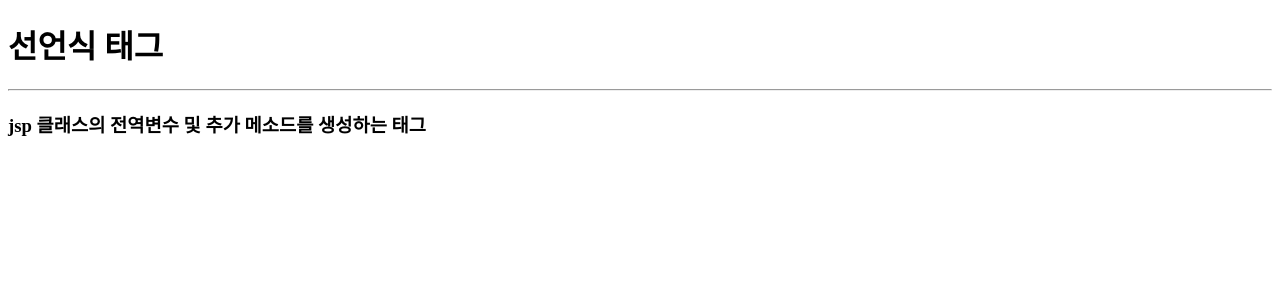
Repository: beescuit9510/toyProjects
Page: http://localhost/04_jspProject/jsp/declation.jsp
The author's editor kept a copy of each file at every save. The page is drawn from the files as they stood at one save, then again after the next save.
The browser window is 1280 px wide. The pictures show the whole page.
The page is served by Tomcat 9.

Above is the page before, as saved 2021-09-30 05:00:37.

### web-server-workplace/04_jspProject/src/main/webapp/jsp/declation.jsp
<%@ page language="java" contentType="text/html; charset=UTF-8"
    pageEncoding="UTF-8"%>
   	<%!
   		private int count = 10;
	   	public String test(){
	   		return "테스트 메소드 입니다";
	   	}
	   	public int getCount(){
	   		return this.count;
	   	}
   	%>
<!DOCTYPE html>
<html>
<head>
<meta charset="UTF-8">
<title>Insert title here</title>
</head>
<body>
	<h1>선언식 태그</h1>
	<hr>
	<h3>jsp 클래스의 전역변수 및 추가 메소드를 생성하는 태그</h3>
</body>
</html>

After the next save:
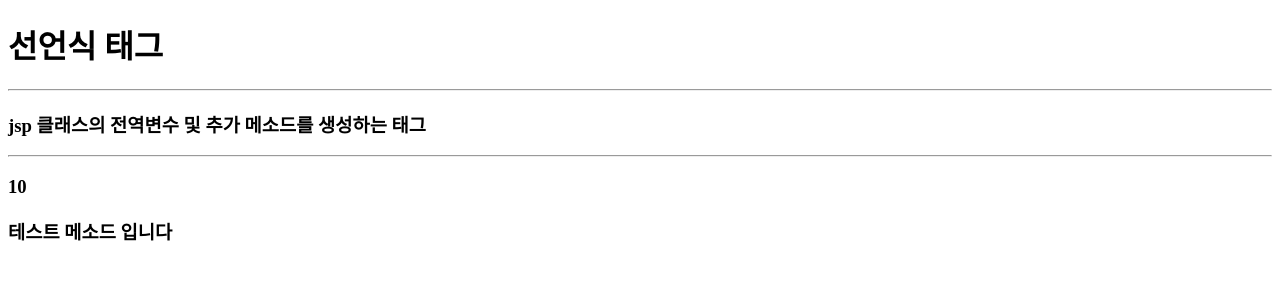
Saved 29 s later.
--- a/web-server-workplace/04_jspProject/src/main/webapp/jsp/declation.jsp
+++ b/web-server-workplace/04_jspProject/src/main/webapp/jsp/declation.jsp
@@ -19,5 +19,8 @@
 	<h1>선언식 태그</h1>
 	<hr>
 	<h3>jsp 클래스의 전역변수 및 추가 메소드를 생성하는 태그</h3>
+	<hr>
+	<h3><%=count %></h3>
+	<h3><%=test() %></h3>
 </body>
 </html>
